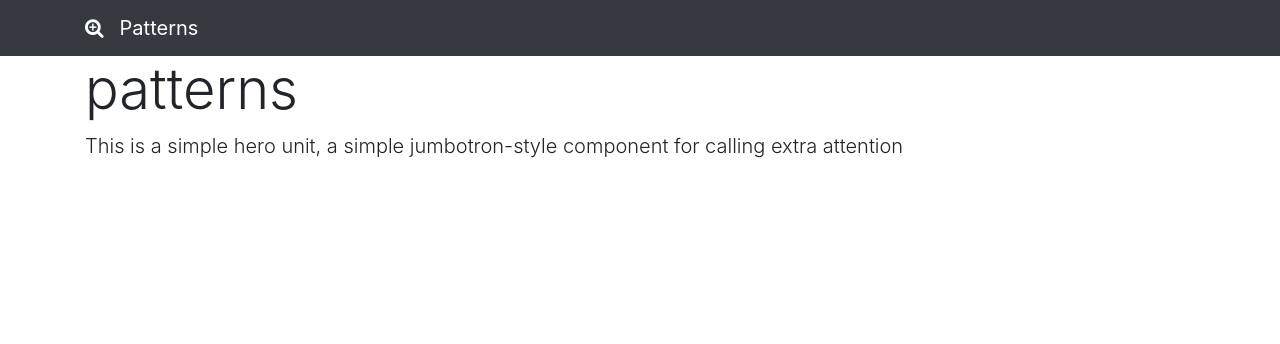
Repository: Mietlicha/patterns
Page: index.html
These files come from the project's save history. The page is drawn as it stood at one moment and after the next save; the edit follows.
The browser window is 1280 px wide. The pictures show the whole page.

Above is the page before, as saved 2019-10-24 11:13:27.

After the next save:
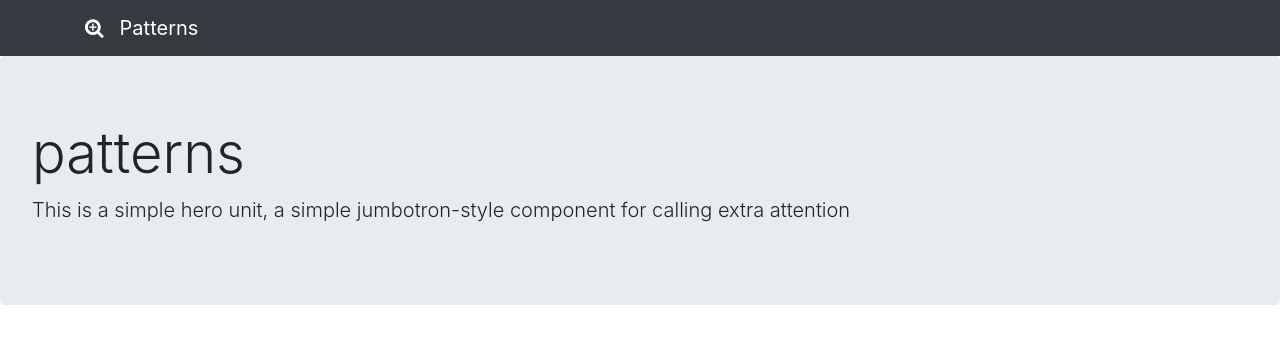
Saved 16 s later.
--- a/index.html
+++ b/index.html
@@ -17,8 +17,8 @@
     <nav class="navbar navbar-dark bg-dark">
         <div class="container"><a class="navbar-brand" href="#"><i class="fa fa-search-plus mr-3" aria-hidden="true"></i>Patterns</a></div>
     </nav>
-    <article class="container">
-    <section>
+    <article>
+    <section class="jumbotron">
             <h1 class="display-4">patterns</h1>
             <p class="lead">This is a simple hero unit, a simple jumbotron-style component for calling extra attention</p>
             </section>
